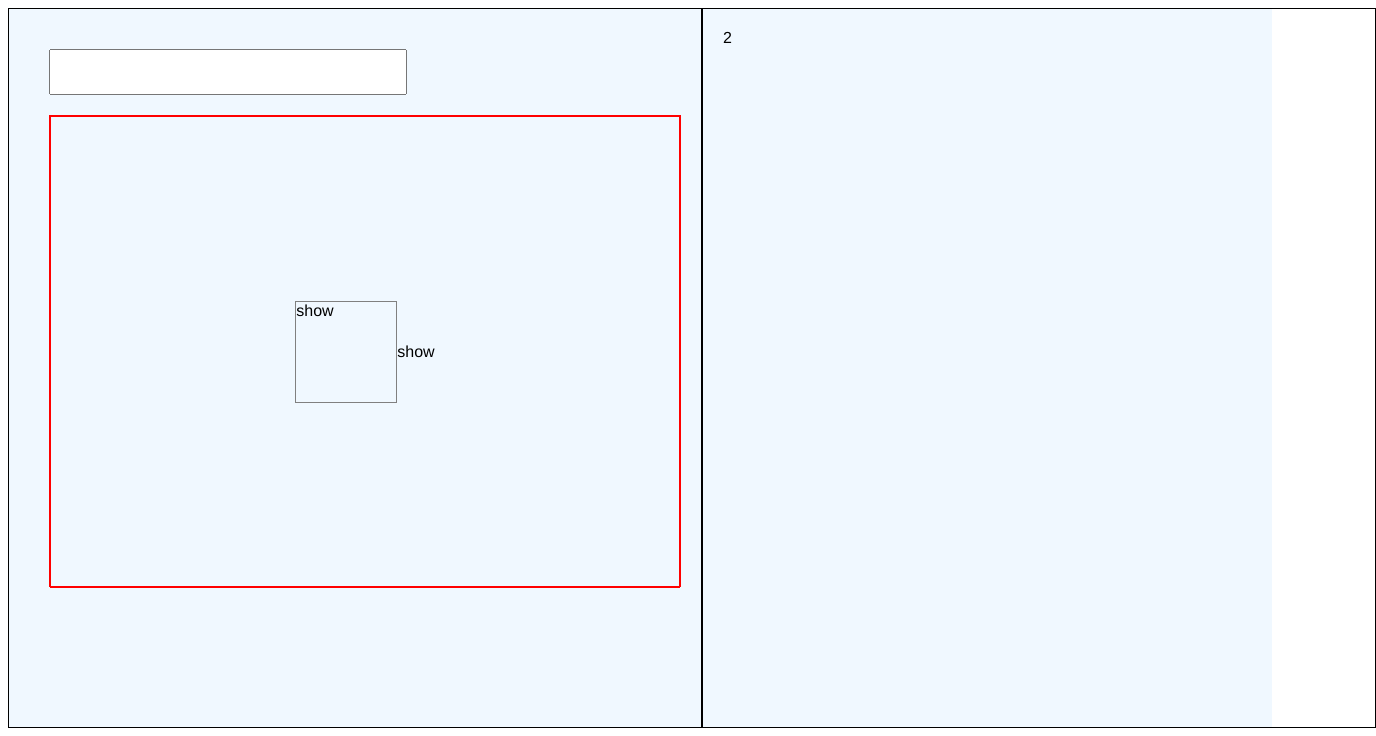
Repository: andrii1/react-gifs
Page: /
An editor plug-in stored every save of this project. The page is shown before and after the next save, followed by the edit.
The browser window is 1280 px wide. The page is 1376 px wide, so the pictures cover 1376 px, including what lies to the right of the window. The pictures show the whole page.
The project was rebuilt for these pictures with package versions that can differ from the ones it lists, and the page was loaded fresh each time. Also part of the build but not shown: webpack.config.js.

Above is the page before, as saved 2022-02-11 15:56:54.

After the next save:
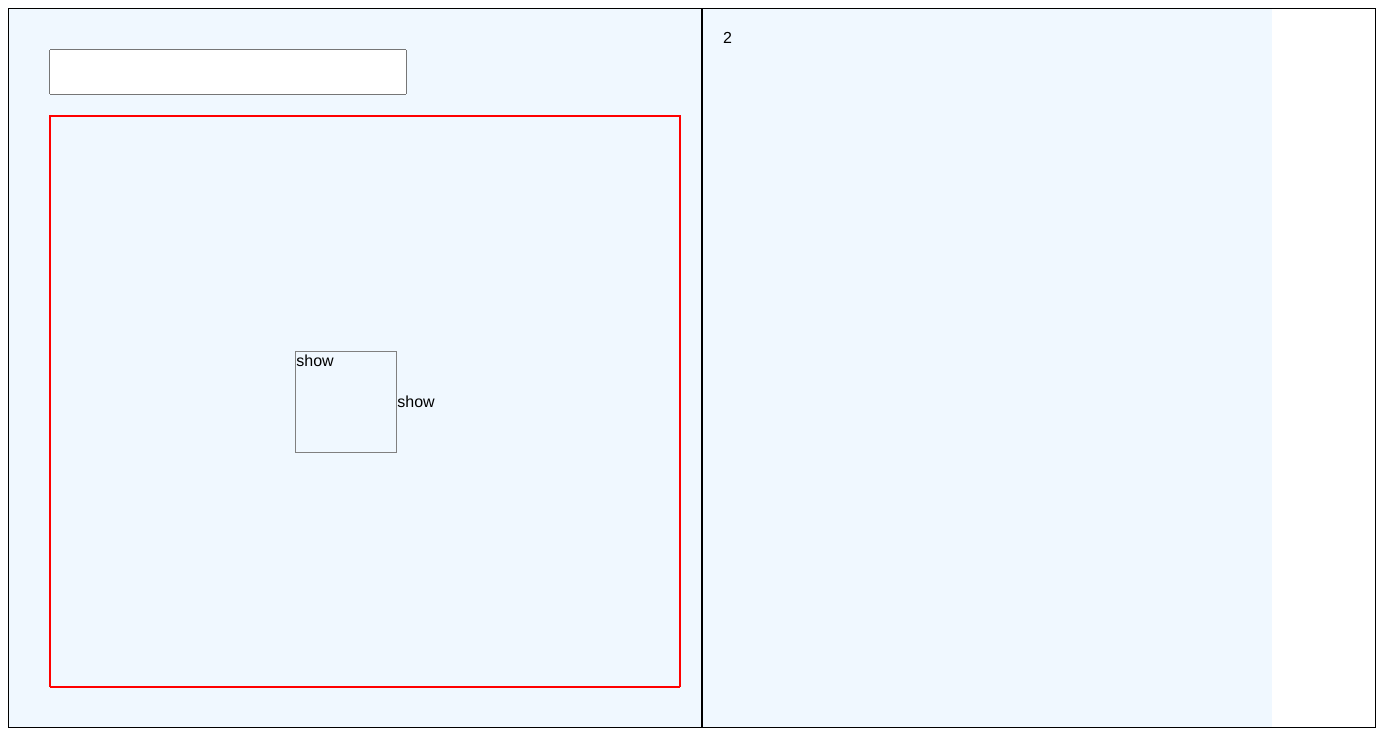
Saved 70 s later.
--- a/assets/stylesheets/application.scss
+++ b/assets/stylesheets/application.scss
@@ -42,7 +42,7 @@ input[type=text] {
 }
 
 .show {
-  height: calc(100vh - 250px);
+  height: calc(100vh - 150px);
   //height: 100%;
   border: 1px solid red;
 }
